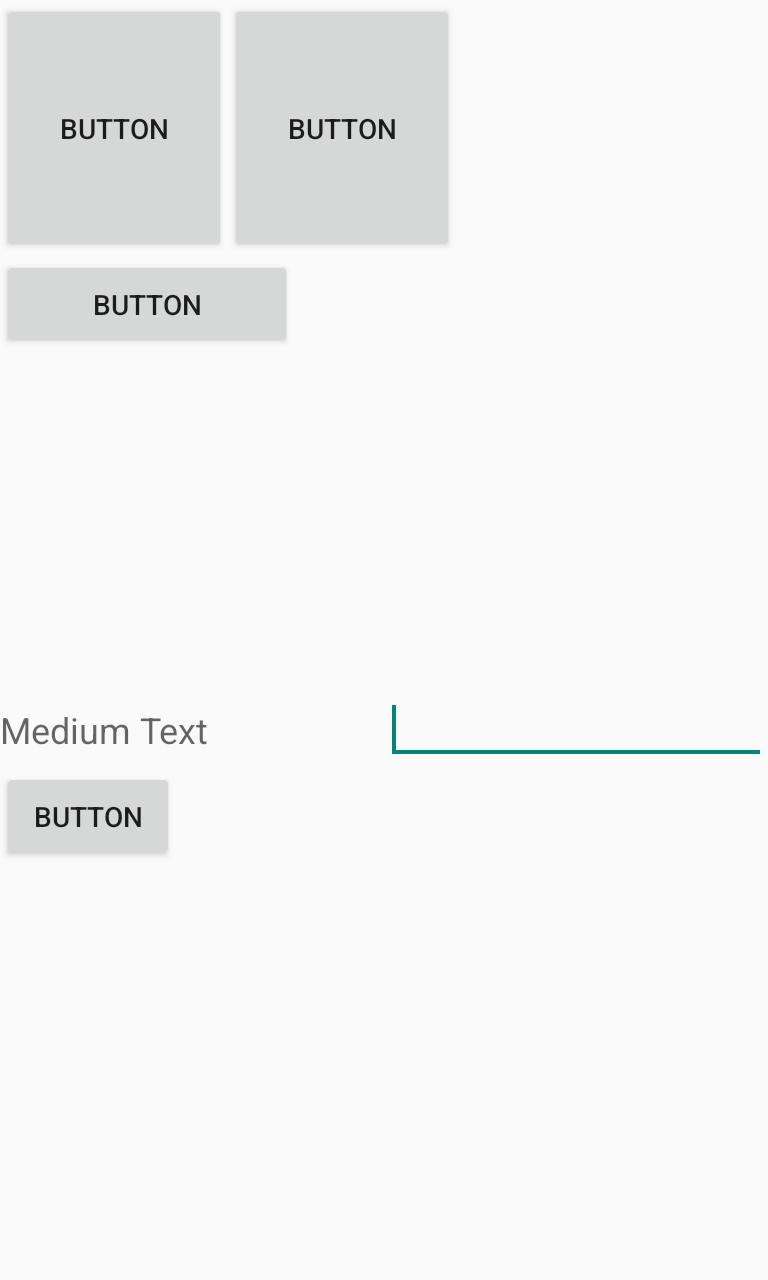
Repository: RibuRoyson/exercise
Layout: Excercise3/res/layout/linear5.xml
The author's editor kept a copy of each file at every save. The layout is drawn from the files as they stood at one save, then again after the next save.
It is drawn on a 768 x 1280 px phone screen (xhdpi) without system bars, with theme AppTheme; the app's code is not run.

Above is the layout before, as saved 2015-02-10 10:41:54.

### Excercise3/res/layout/linear5.xml
<LinearLayout xmlns:android="http://schemas.android.com/apk/res/android"
    android:layout_width="fill_parent"
    android:layout_height="fill_parent"
    android:orientation="vertical"
    android:weightSum="5.0" >

    <LinearLayout
        android:layout_width="match_parent"
        android:layout_height="match_parent"
        android:layout_weight="1.0"
        android:weightSum="4.0">

        <Button
            android:id="@+id/button1"
            android:layout_width="wrap_content"
            android:layout_height="match_parent"
            android:layout_weight="0.5"
            android:text="Button" />

        <Button
            android:id="@+id/button2"
            android:layout_width="wrap_content"
            android:layout_height="match_parent"
            android:layout_weight="0.5"
            android:text="Button" />

    </LinearLayout>

    <LinearLayout
        android:layout_width="match_parent"
        android:layout_height="match_parent"
        android:layout_weight="1.0"
        android:weightSum="5.0">

        <Button
            android:id="@+id/button3"
            android:layout_width="wrap_content"
            android:layout_height="wrap_content"
            android:layout_weight="1.0"
            android:text="Button" />

    </LinearLayout>



        <LinearLayout
            android:layout_width="match_parent"
            android:layout_height="match_parent"
            android:orientation="horizontal"
            android:weightSum="2.0"
            android:layout_weight="1.0" >

            <TextView
                android:id="@+id/textView1"
                android:layout_width="match_parent"
                android:layout_height="wrap_content"
                android:text="Medium Text"
                android:layout_weight="1.0"
                android:layout_gravity="bottom"
                android:textAppearance="?android:attr/textAppearanceMedium" />

            <EditText
                android:id="@+id/editText1"
                android:layout_width="match_parent"
                android:layout_height="wrap_content"
                android:layout_weight="1.0"
                  android:layout_gravity="bottom"
                android:ems="10" >

                <requestFocus />
            </EditText>

        </LinearLayout>

        <LinearLayout
            android:layout_width="match_parent"
            android:layout_height="match_parent"
            android:layout_weight="1.0"
            android:orientation="horizontal" >

            <Button
                android:id="@+id/button4"
                android:layout_width="wrap_content"
                android:layout_height="wrap_content"
                android:text="Button"
                android:layout_gravity="top|right"/>

        </LinearLayout>

          <LinearLayout
            android:layout_width="match_parent"
            android:layout_height="match_parent"
            android:weightSum="1.0"
            android:layout_weight="1.0" >
        <View
            android:id="@+id/view1"
            android:layout_width="match_parent"
            android:layout_height="match_parent"
            android:layout_weight="1.0" />

  </LinearLayout>

</LinearLayout>

Loaded but not shown: Excercise3/res/values/styles.xml (common file); Excercise3/res/values-v11/styles.xml (common file); Excercise3/res/values-v14/styles.xml (common file)

After the next save:
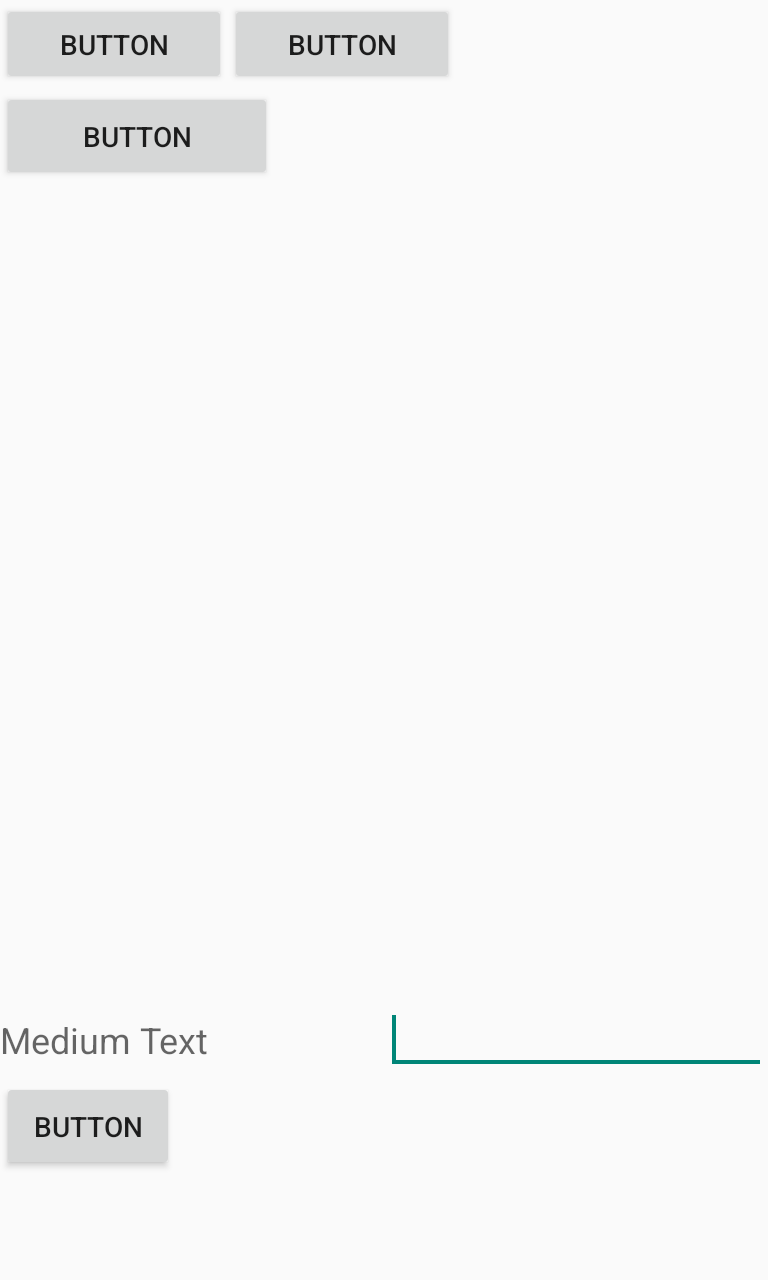
Saved 2 min 1 s later.
--- a/Excercise3/res/layout/linear5.xml
+++ b/Excercise3/res/layout/linear5.xml
@@ -6,9 +6,8 @@
 
     <LinearLayout
         android:layout_width="match_parent"
-        android:layout_height="match_parent"
-        android:layout_weight="1.0"
-        android:weightSum="4.0">
+        android:layout_height="44dp"
+        android:weightSum="4.0" >
 
         <Button
             android:id="@+id/button1"
@@ -30,7 +29,7 @@
         android:layout_width="match_parent"
         android:layout_height="match_parent"
         android:layout_weight="1.0"
-        android:weightSum="5.0">
+        android:weightSum="6.0">
 
         <Button
             android:id="@+id/button3"

After the save that followed:
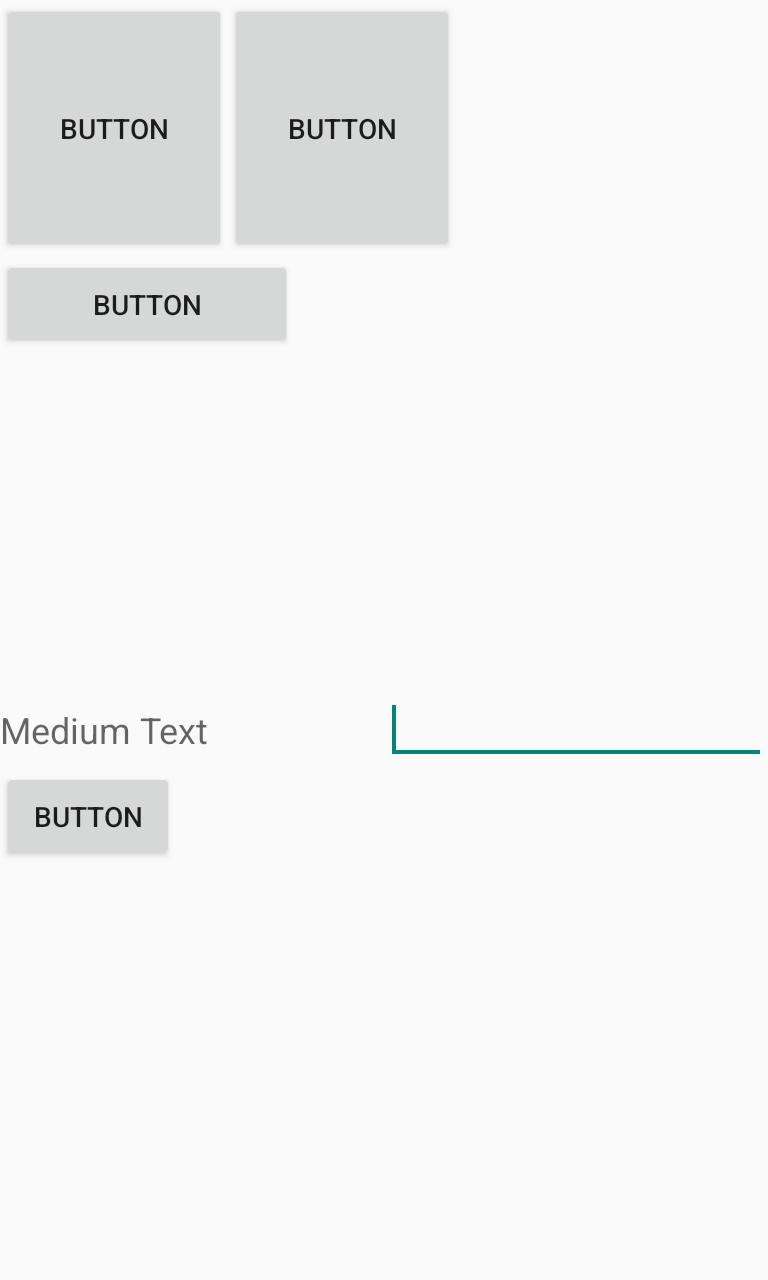
Saved 84 s later.
--- a/Excercise3/res/layout/linear5.xml
+++ b/Excercise3/res/layout/linear5.xml
@@ -6,8 +6,9 @@
 
     <LinearLayout
         android:layout_width="match_parent"
-        android:layout_height="44dp"
-        android:weightSum="4.0" >
+        android:layout_height="match_parent"
+        android:layout_weight="1.0"
+        android:weightSum="4.0">
 
         <Button
             android:id="@+id/button1"
@@ -29,7 +30,7 @@
         android:layout_width="match_parent"
         android:layout_height="match_parent"
         android:layout_weight="1.0"
-        android:weightSum="6.0">
+        android:weightSum="5.0">
 
         <Button
             android:id="@+id/button3"
@@ -81,8 +82,8 @@
                 android:id="@+id/button4"
                 android:layout_width="wrap_content"
                 android:layout_height="wrap_content"
-                android:text="Button"
-                android:layout_gravity="top|right"/>
+                 android:text="Button"
+               android:layout_gravity="right"/>
 
         </LinearLayout>
 
